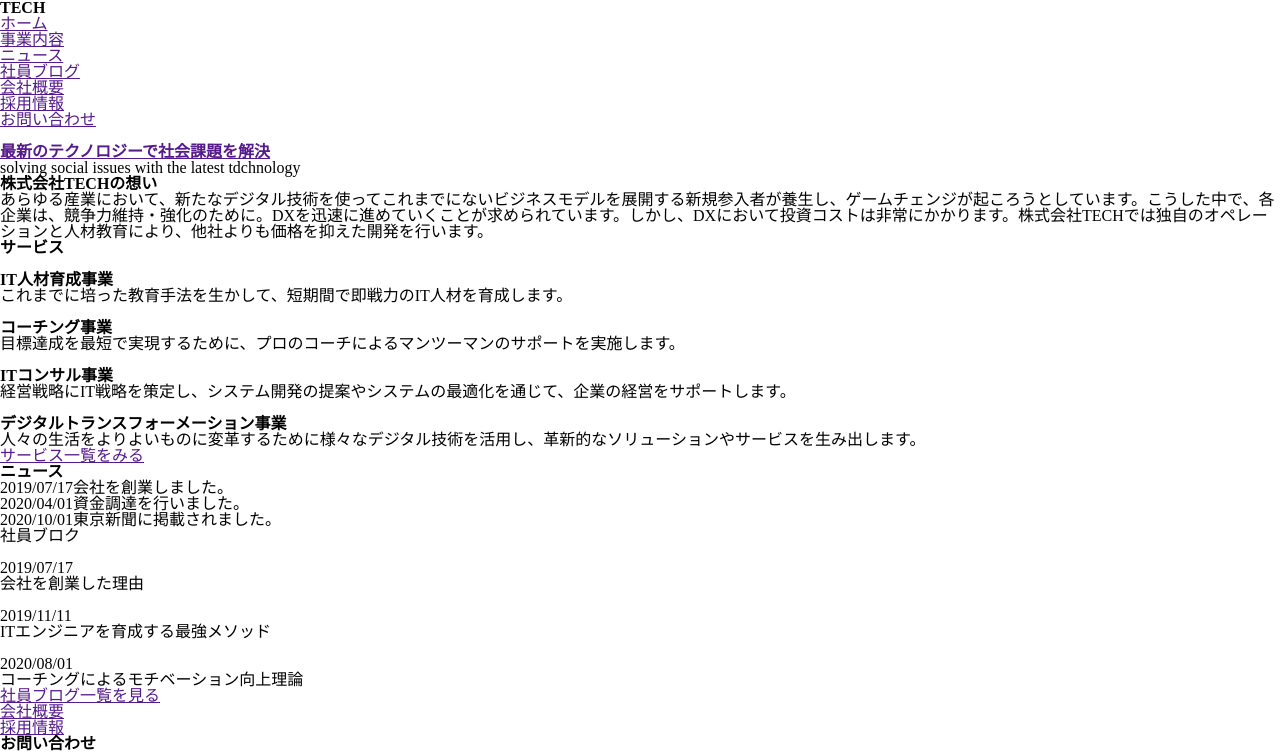
Repository: masanarimiura/20220516_miura
Page: index.html
These files come from the project's save history. The page is drawn as it stood at one moment and after the next save; the edit follows.
The browser window is 1280 px wide. The pictures show the whole page.

Above is the page before, as saved 2022-05-13 15:46:06.

After the next save:
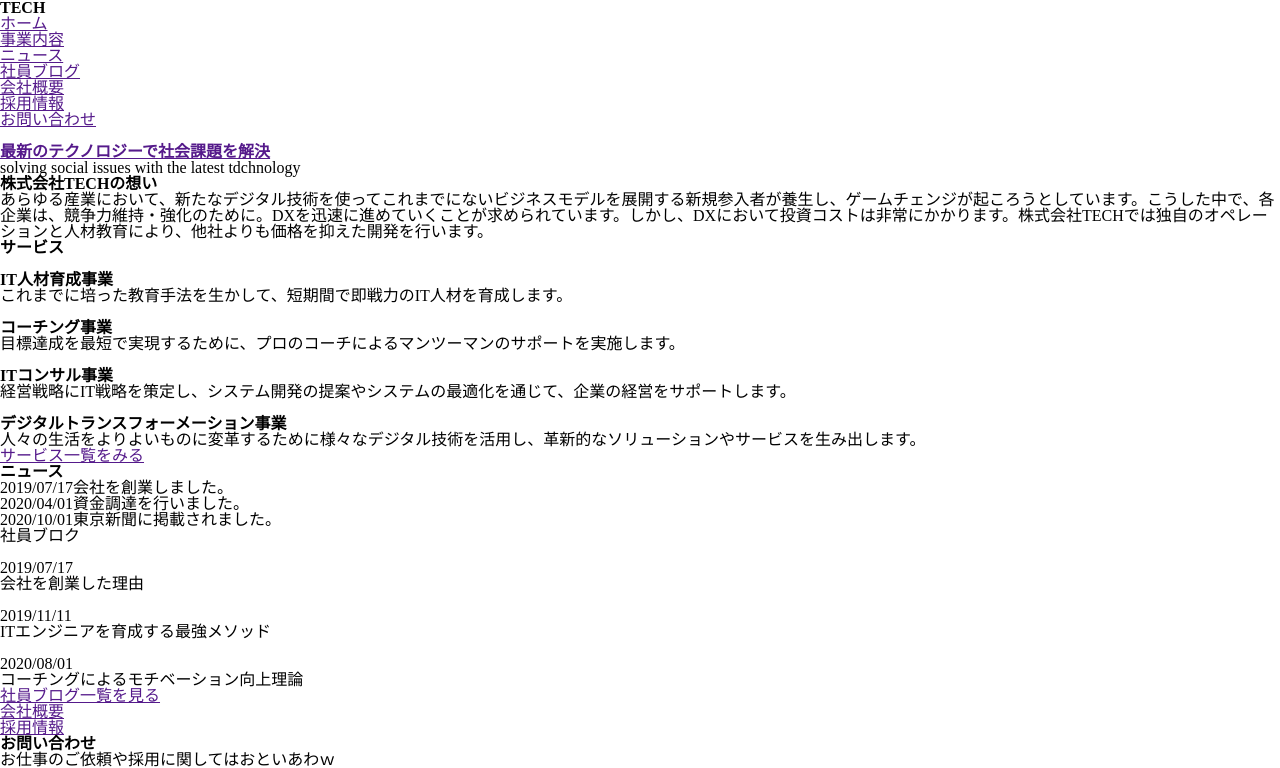
Saved 15 s later.
--- a/index.html
+++ b/index.html
@@ -126,7 +126,7 @@
 
   <div class="contact">
     <h2 class="contact__ttl">お問い合わせ</h2>
-    <p class="contact__txt"></p>
+    <p class="contact__txt">お仕事のご依頼や採用に関してはおといあわｗ</p>
   </div>
 
 
